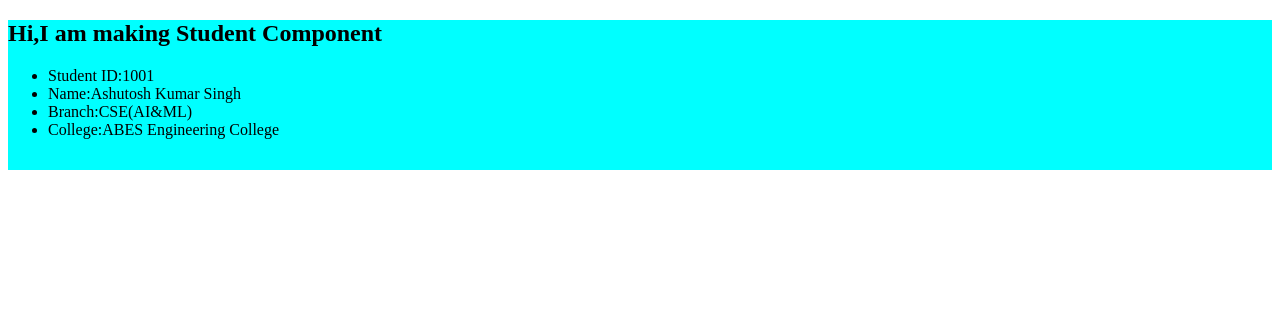
Repository: ashurauza/FSD_Sem5
Page: / (app in FSD_Sem5/CSS/ReactRevisionDOM/)
These files come from the project's save history. The page is drawn as it stood at one moment and after a run of saves; the edit follows.
The browser window is 1280 px wide. The pictures show the whole page.
The project was rebuilt for these pictures with package versions that can differ from the ones it lists, and the page was loaded fresh each time.

Above is the page before, as saved 2025-10-27 09:29:23.

### FSD_Sem5/CSS/ReactRevisionDOM/index.html
<!DOCTYPE html>
<html lang="en">
<head>
    <meta charset="UTF-8">
    <meta name="viewport" content="width=device-width, initial-scale=1.0">
    <title>RevisionDOM</title>
</head>
<body>
    <div id="parent"></div>
    <script src="https://unpkg.com/react@18/umd/react.development.js" crossorigin></script>
    <script src="https://unpkg.com/react-dom@18/umd/react-dom.development.js" crossorigin></script>
    <script src="student.jsx" type="module"></script>

</body>
</html>

### FSD_Sem5/CSS/ReactRevisionDOM/student.jsx



const parent = document.getElementById("parent");
const root = ReactDOM.createRoot(parent);


const h21=<h2>
    Hi,I am making Student Component
</h2>
const li11=<li>Student ID:1001</li>
const li22=<li>Name:Ashutosh Kumar Singh</li>
const li33=<li>Branch:CSE(AI&ML)</li>
const li44=<li>College:ABES Engineering College</li>
const ul1=<ul>{[li11,li22,li33,li44]}</ul>
const wrapper1=(
    <>
    {h21}
    {ul1}
    </>
)

const wrapper = React.createElement("div", {style: {height:150,backgroundColor: 'cyan'}}, [h21, ul1]);

root.render(wrapper);

After the next 5 saves:
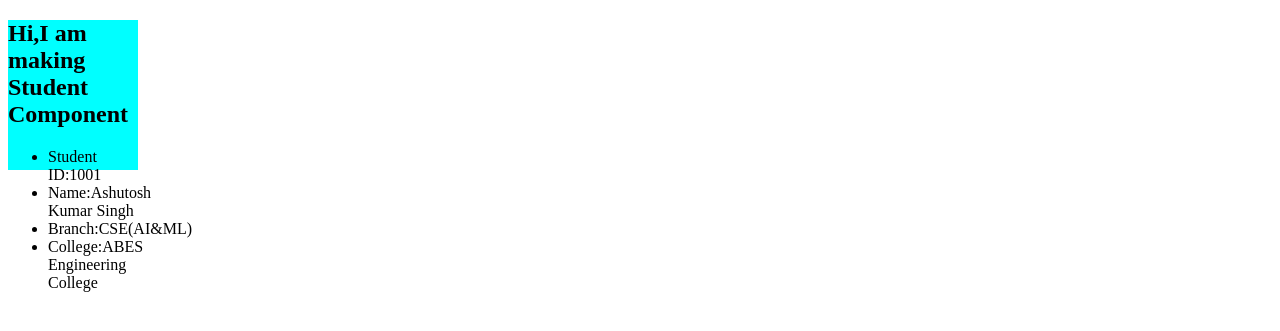
The 5 saves are shown as one change because 2 did not build or start and some came seconds apart.
The last was saved 17 s later.
--- a/FSD_Sem5/CSS/ReactRevisionDOM/student.jsx
+++ b/FSD_Sem5/CSS/ReactRevisionDOM/student.jsx
@@ -20,6 +20,6 @@ const wrapper1=(
     </>
 )
 
-const wrapper = React.createElement("div", {style: {height:150,backgroundColor: 'cyan'}}, [h21, ul1]);
+const wrapper = React.createElement("div", {style: {height:150,width:130,backgroundColor: 'cyan'}}, [h21, ul1]);
 
 root.render(wrapper);
